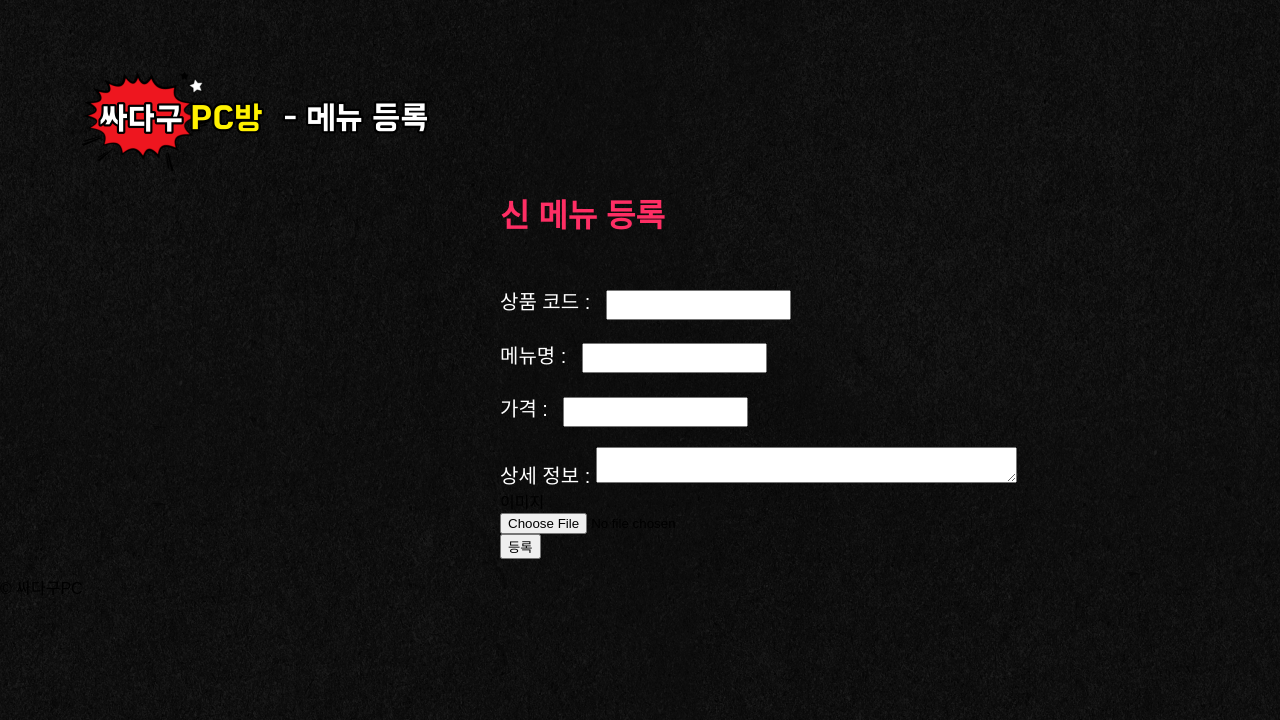
Repository: lkwoung/webProject-assignment
Page: http://localhost/CheapPC/addMenu.jsp
The author's editor kept a copy of each file at every save. The page is drawn from the files as they stood at one save, then again after the next save.
The browser window is 1280 px wide. The pictures show the whole page.
Some web fonts or font styles are not loaded; a fallback is used. The page is served by Tomcat 9. Other server files are loaded and not shown.

Above is the page before, as saved 2020-12-13 15:12:21.

### CheapPC/WebContent/addMenu.jsp
<%@ page contentType="text/html; charset=utf-8" %>
<html>

<head>
<link href="https://fonts.googleapis.com/earlyaccess/hanna.css" rel="stylesheet" type="text/css" />
<link rel="stylesheet" href="css/addMenu.css">
<title>메뉴 추가</title>
</head>
<body>
<div style="margin-top:190px; margin-left:500px;" >
<h1 style="color:#FE2E64; margin-bottom:50px;">신 메뉴 등록 </h1>
	<form name = "newProduct" action="./processAddBook.jsp" method = "post">
	<div style="color:#fff; font-size:20px;">
		<label >상품 코드  :</label>
			<input type="text" style="margin-left:10px; height:30px; margin-bottom:20px;"name="FoodId" class="form-control">
	</div>
<div style="color:#fff; font-size:20px;">
		<label >메뉴명  :</label>
			<input type="text" style="margin-left:10px; height:30px;margin-bottom:20px;"name="name" class="form-control">
	</div>

	<div style="color:#fff; font-size:20px;">
		<label >가격 : </label>

			<input type="text" style="margin-left:10px; height:30px; margin-bottom:20px;"name="price" class="form-control">

	</div>
	<div style="color:#fff; font-size:20px;" >
	<label >상세 정보 : </label>
	<textarea name = "description" style="position:initial; top:20px;"cols="50" rows="2"></textarea>

	</div>


	<div class="form-group row">
		<label class="col-sm-2">이미지</label>
		<div class = "col-sm-5">
			<input type = "file" name = "productImage" class="form-control">
		</div>
	</div>


	<div class="form-group row">
		<div class = "col-sm-offset-2 col-sm-10">
			<input type="submit" name="btn btn-primary" value="등록">
		</div>
	</div>


	</form>
</div>



<footer class="container">
<p>&copy; 싸다구PC</p>
</footer>
</body>

</html>

### CheapPC/WebContent/css/addMenu.css
body
{
	background: url(image/menu.png) no-repeat center center fixed;
	-webkit-background-size: cover;
	-moz-background-size: cover;
	-o-background-size: cover;
	background-size: cover;
    margin: 0;
    font-size: 16px;
    font-family:'Hanna', sans-serif;
    -webkit-font-smoothing: antialiased;
}

After the next save:
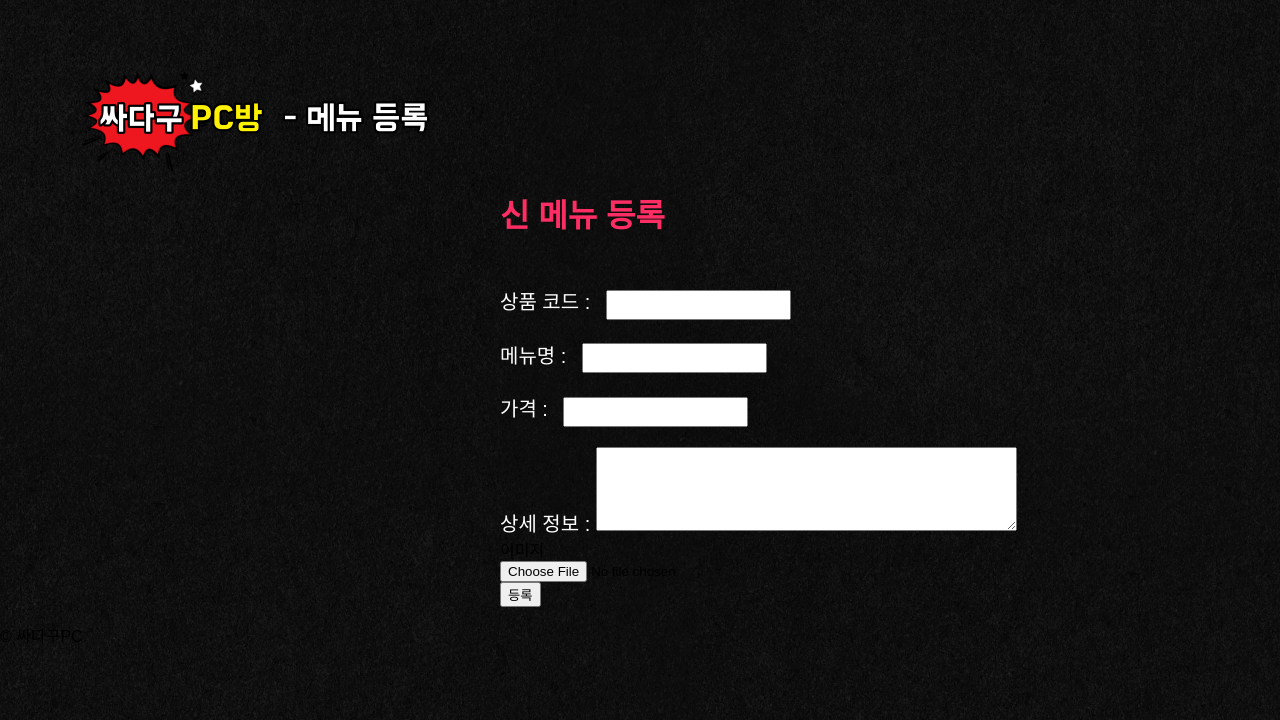
Saved 23 s later.
--- a/CheapPC/WebContent/addMenu.jsp
+++ b/CheapPC/WebContent/addMenu.jsp
@@ -27,7 +27,7 @@
 	</div>
 	<div style="color:#fff; font-size:20px;" >
 	<label >상세 정보 : </label>
-	<textarea name = "description" style="position:initial; top:20px;"cols="50" rows="2"></textarea>
+	<textarea name = "description" style="padding-top:50px;"cols="50" rows="2"></textarea>
 
 	</div>
 

After the save that followed:
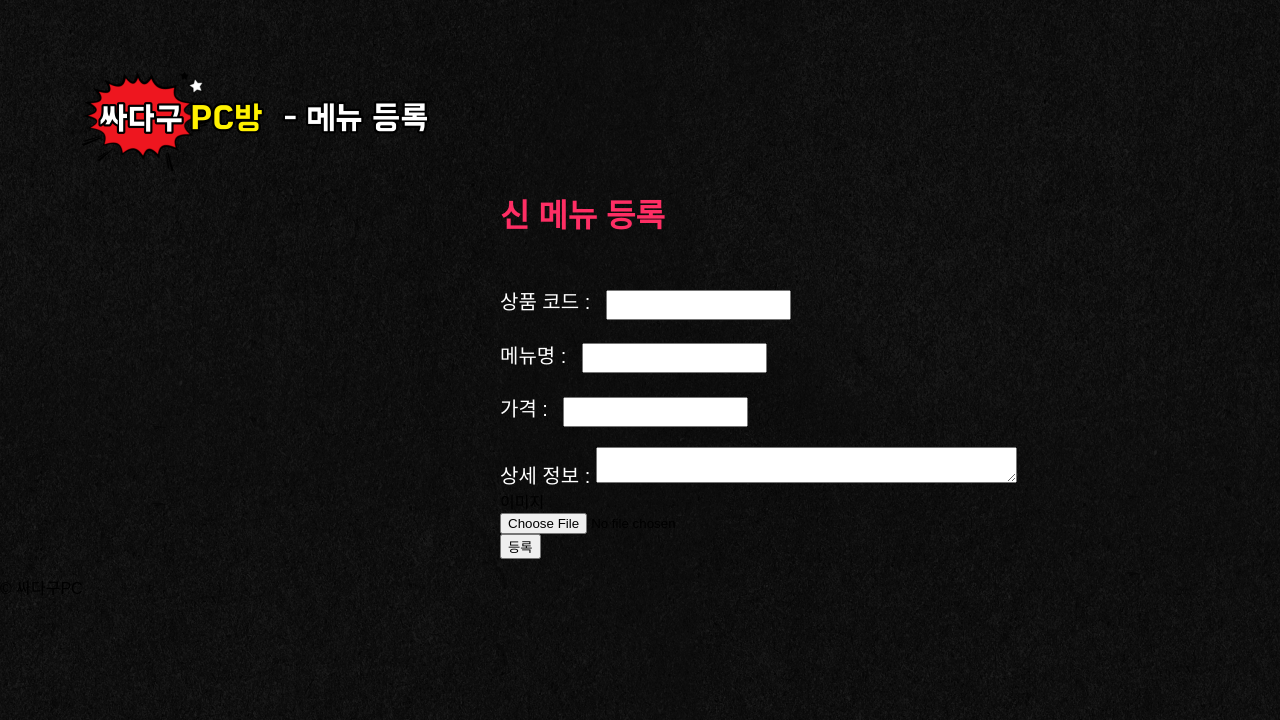
Saved 39 s later.
--- a/CheapPC/WebContent/addMenu.jsp
+++ b/CheapPC/WebContent/addMenu.jsp
@@ -26,8 +26,8 @@
 
 	</div>
 	<div style="color:#fff; font-size:20px;" >
-	<label >상세 정보 : </label>
-	<textarea name = "description" style="padding-top:50px;"cols="50" rows="2"></textarea>
+	<label style="padding-top:20px;">상세 정보 : </label>
+	<textarea name = "description" cols="50" rows="2"></textarea>
 
 	</div>
 
